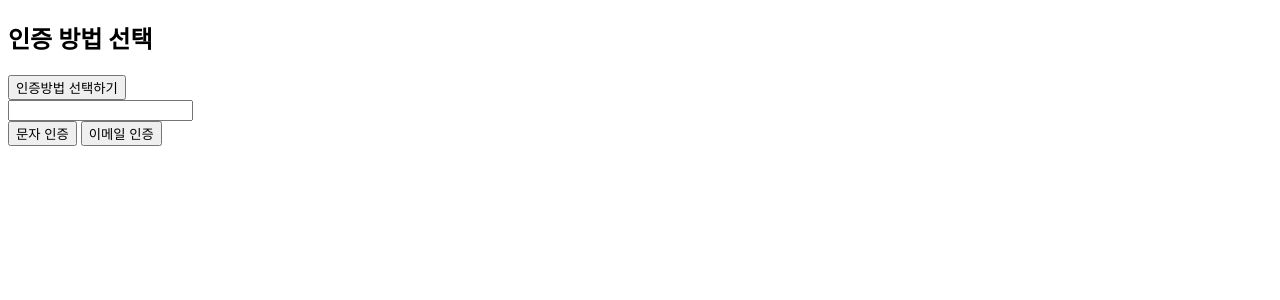
Repository: 0hmuse/day0330-2
Page: day0330-1/src/main/resources/static/test2.html
An editor plug-in stored every save of this project. The page is shown before and after the next save, followed by the edit.
The browser window is 1280 px wide. The pictures show the whole page.

Above is the page before, as saved 2020-03-30 08:38:53.
Console error: SyntaxError: Invalid or unexpected token

### day0330-1/src/main/resources/static/test2.html
<!DOCTYPE html>
<html>
<head>
<meta charset="EUC-KR">
<title>Insert title here</title>
<script type="text/javascript" src="https://code.jquery.com/jquery-3.4.1.min.js"></script>
<script type="text/javascript">
$(function(){
	var data = #("#f").serialize();

	$("#sms").click("/sms.do",{data:data,function(){

	}})

	$("#email").click("/email.do",{data:data,function(){

	}})
})

</script>
</head>
<body>
<h2>인증 방법 선택</h2>
<button id="select">인증방법 선택하기</button><br>

<form id="f">
	<input type="text" id="in" name="in">
</form>

	<button id="sms">문자 인증</button>
	<button id="email">이메일 인증</button>
</body>
</html>

After the next save:
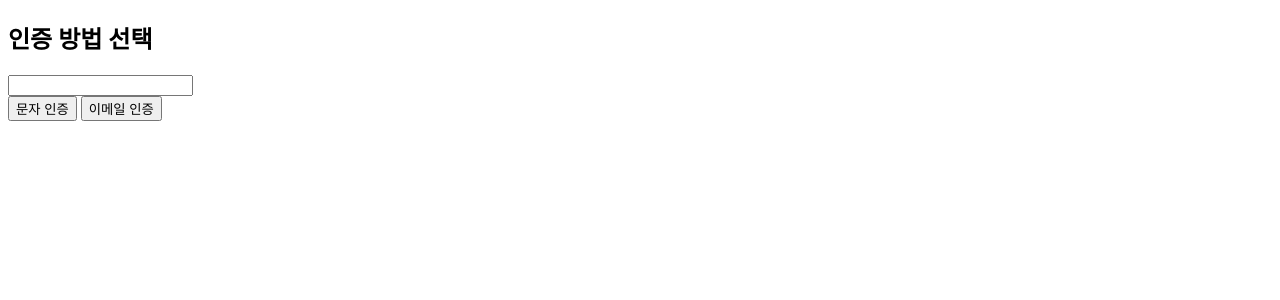
Saved 18 s later.
--- a/day0330-1/src/main/resources/static/test2.html
+++ b/day0330-1/src/main/resources/static/test2.html
@@ -21,7 +21,6 @@ $(function(){
 </head>
 <body>
 <h2>인증 방법 선택</h2>
-<button id="select">인증방법 선택하기</button><br>
 
 <form id="f">
 	<input type="text" id="in" name="in">
